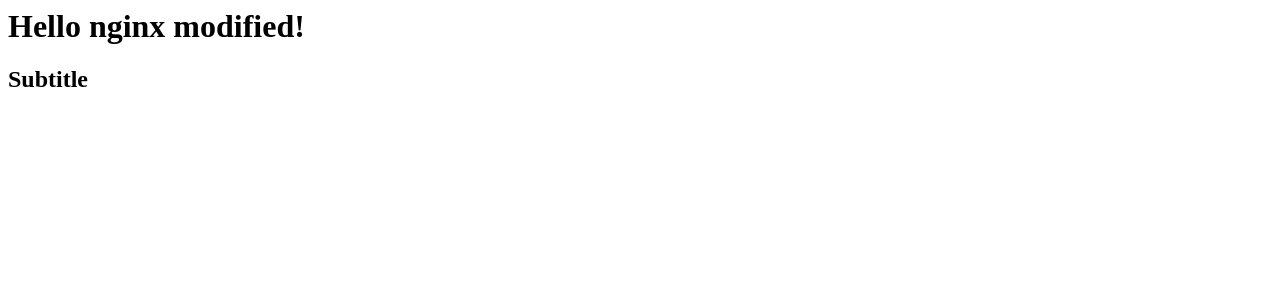
Repository: james-freitas/fc-docker
Page: html/index.html
An editor plug-in stored every save of this project. The page is shown before and after the next save, followed by the edit.
The browser window is 1280 px wide. The pictures show the whole page.

Above is the page before, as saved 2024-05-26 15:58:34.

After the next save:
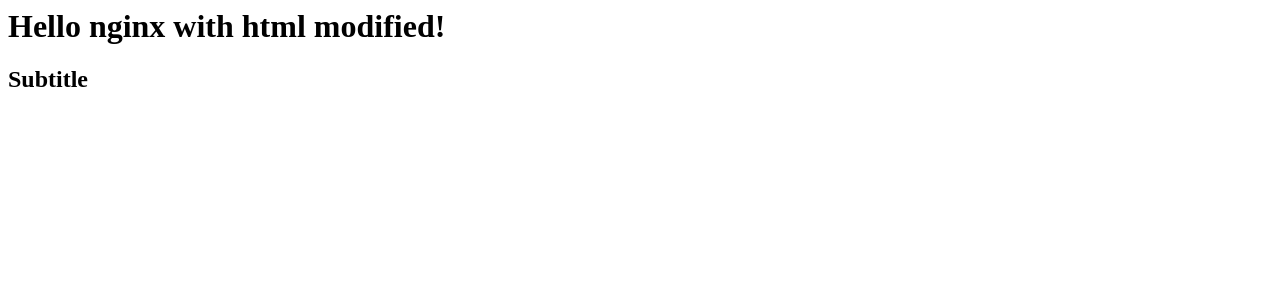
Saved 4 s later.
--- a/html/index.html
+++ b/html/index.html
@@ -1,3 +1,3 @@
 
-<h1>Hello nginx modified!</h1>
+<h1>Hello nginx with html modified!</h1>
 <h2>Subtitle</p>
